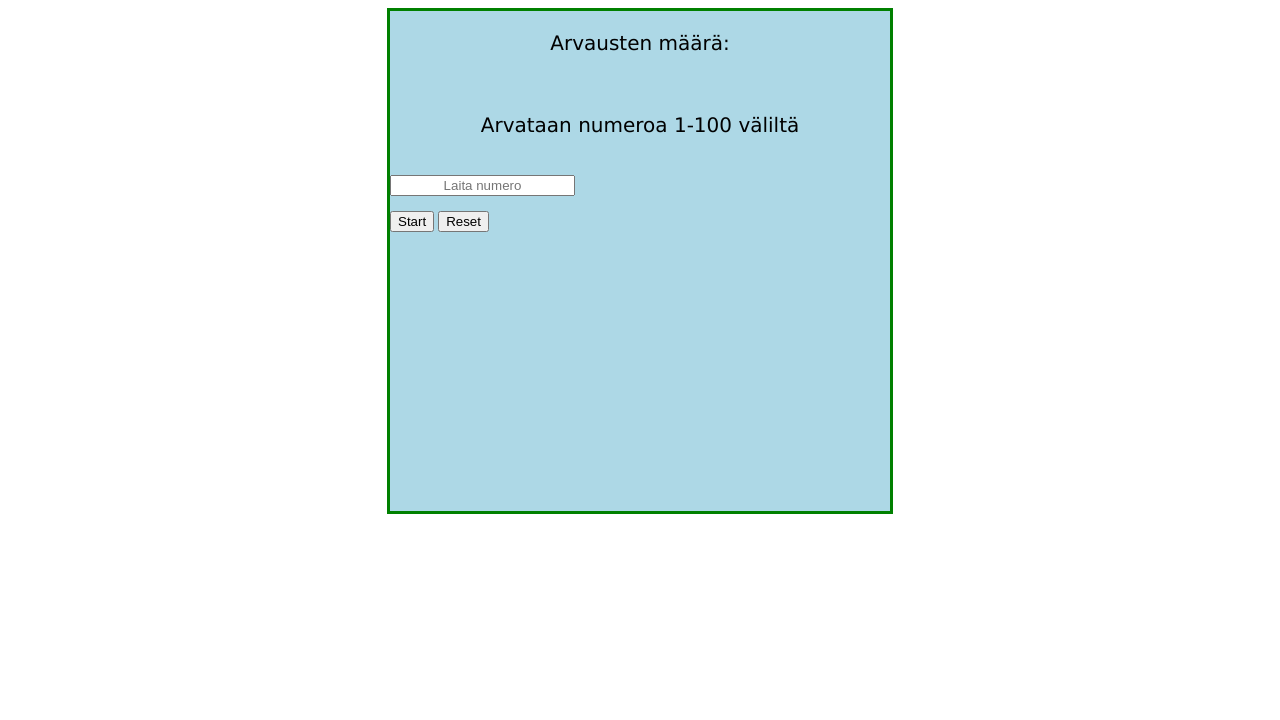
Repository: VadimZubchenko/numeronarvouspeli_JS
Page: public/index.html
The author's editor kept a copy of each file at every save. The page is drawn from the files as they stood at one save, then again after the next save.
The browser window is 1280 px wide. The pictures show the whole page.

Above is the page before, as saved 2022-04-26 08:07:26.

After the next save:
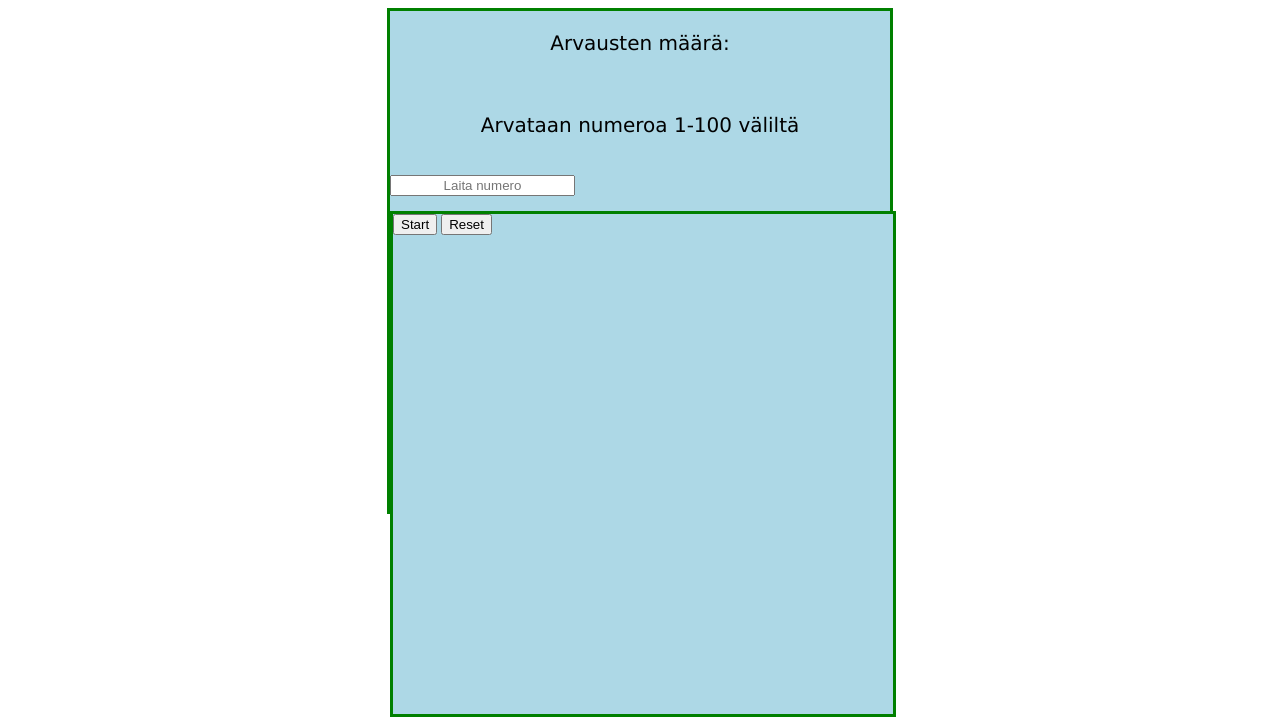
Saved 2 min 14 s later.
--- a/public/index.html
+++ b/public/index.html
@@ -17,8 +17,11 @@
     <input type="text" id="numero" name="numero" onfocus="this.value='' "placeholder="Laita numero">
     <br>
     <br>
-    <button id="startGame" onclick="startGame()">Start</button>
+    <div>
+      <button id="startGame" onclick="startGame()">Start</button>
     <button id="resetGame" onclick="resetGame()">Reset</button>
+
+    </div>
 
   </div>
 </body>

After the save that followed:
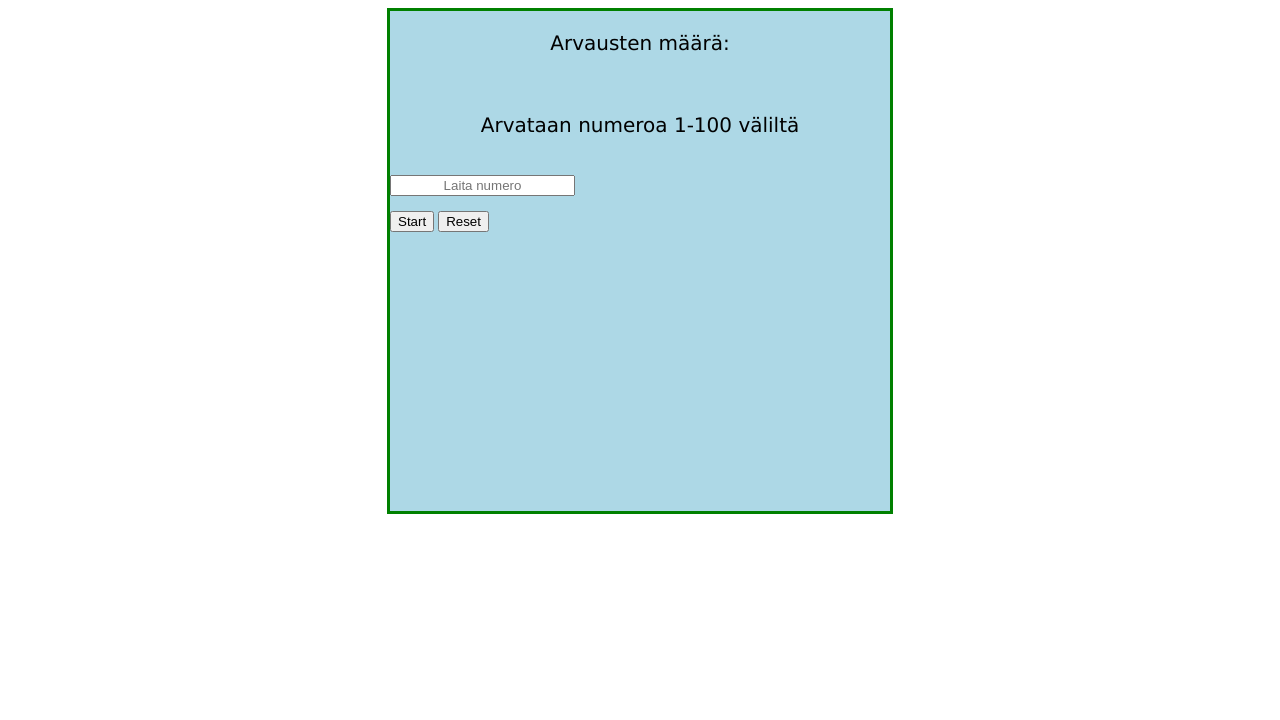
Saved 15 s later.
--- a/public/index.html
+++ b/public/index.html
@@ -17,11 +17,8 @@
     <input type="text" id="numero" name="numero" onfocus="this.value='' "placeholder="Laita numero">
     <br>
     <br>
-    <div>
-      <button id="startGame" onclick="startGame()">Start</button>
+    <button id="startGame" onclick="startGame()">Start</button>
     <button id="resetGame" onclick="resetGame()">Reset</button>
-
-    </div>
 
   </div>
 </body>
